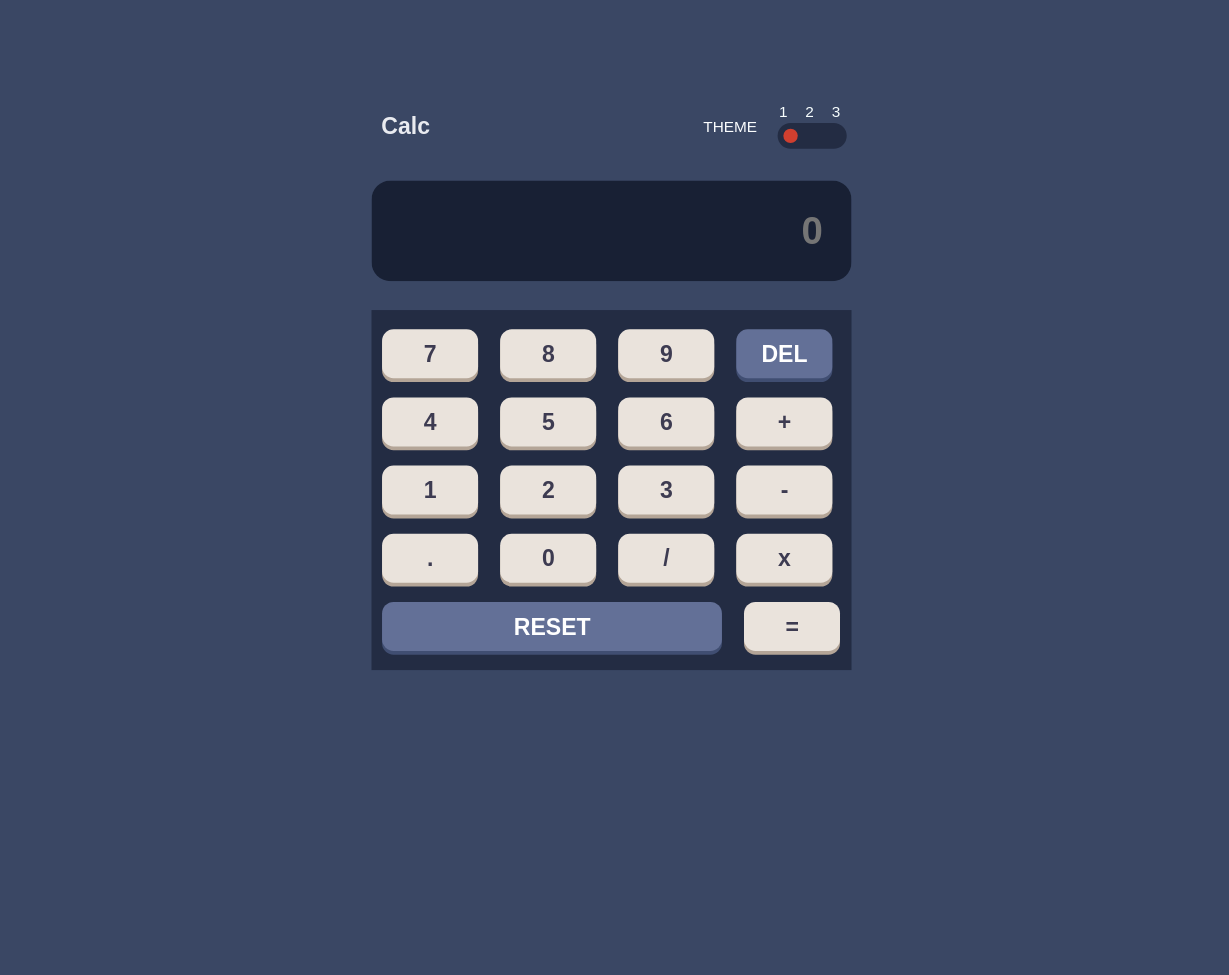
Repository: Bakyproit/Calcutor
Page: index.html
An editor plug-in stored every save of this project. The page is shown before and after a run of saves, followed by the edit.
The browser window is 1280 px wide. The pictures show the whole page, at 96% of full size.

Above is the page before, as saved 2022-02-11 17:00:35.

After the next 2 saves:
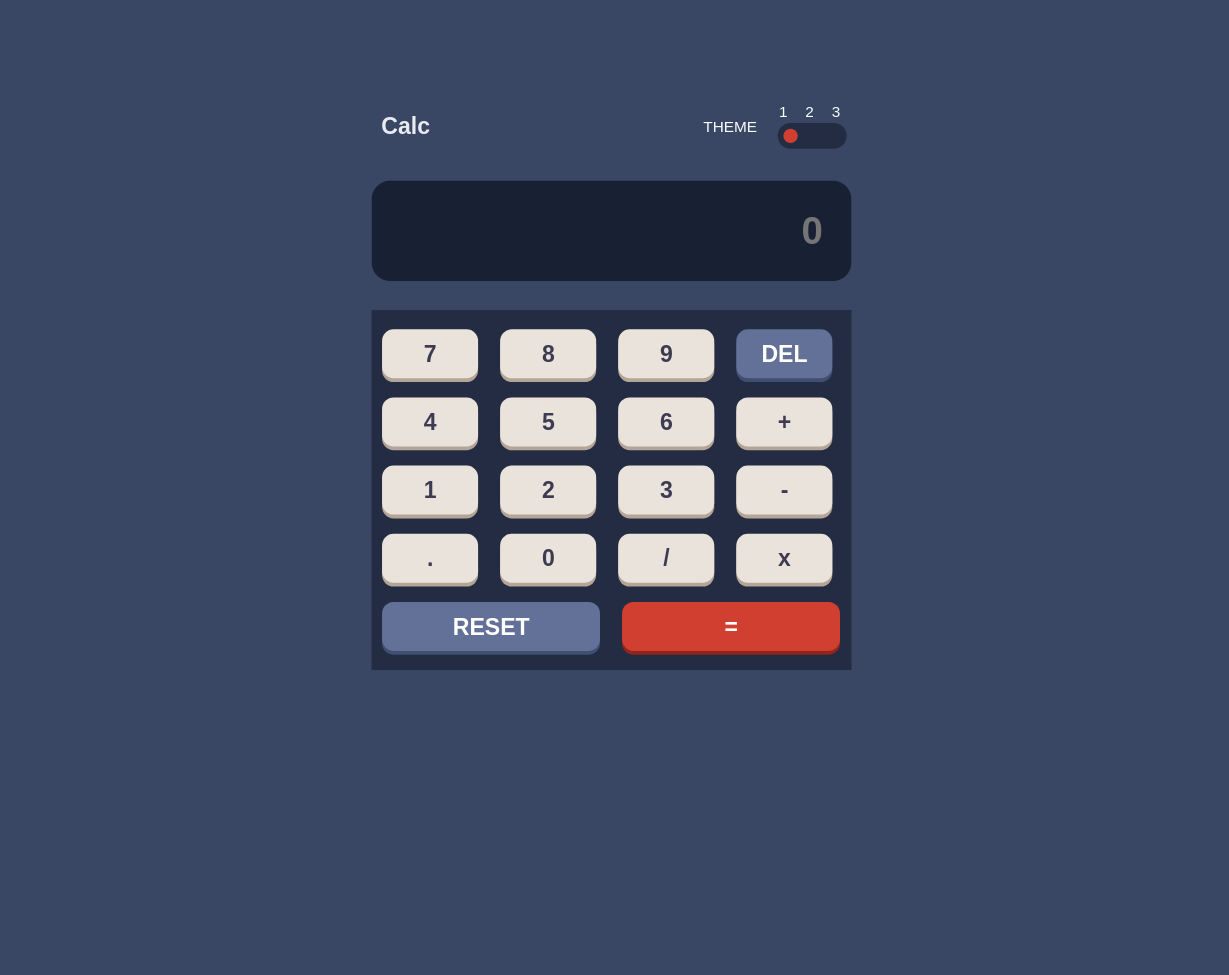
The 2 saves are shown as one change because they came seconds apart.
The last was saved 21 s later.
--- a/App.css
+++ b/App.css
@@ -156,13 +156,13 @@ body{
     background-color: hsl(225, 21%, 49%) ;
     box-shadow: 0px 4px hsl(224, 28%, 35%) ;
 }
-.button-return{
+.button-equal{
     flex: 1 ;
     background-color:  hsl(6, 63%, 50%) ;
     box-shadow: 0px 4px hsl(6, 70%, 34%) ;
 }
 .number-reset,
-.number-return,
+.number-equal,
 .number-del{
     color : #fff ;
     font-weight: 600;
